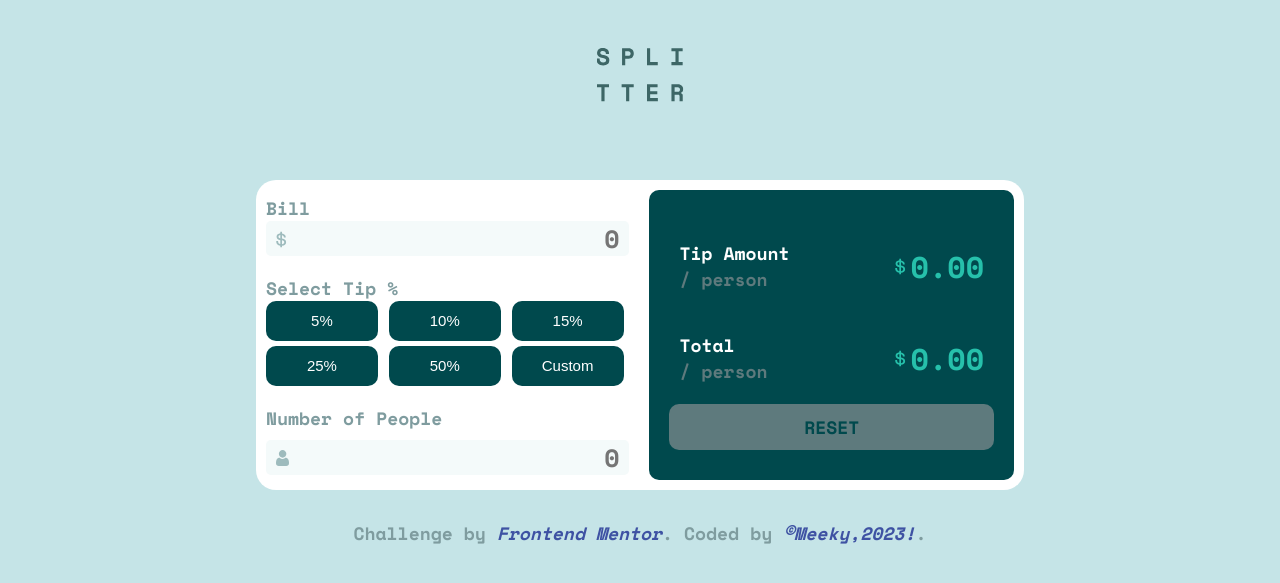
Repository: MeekyBerry/Frontend-Mentor-Challenges
Page: tip-calculator-app/index.html
An editor plug-in stored every save of this project. The page is shown before and after the next save, followed by the edit.
The browser window is 1280 px wide. The pictures show the whole page.
The first visible `.input-bar` has the focus.

Above is the page before, as saved 2023-04-05 19:09:08.

After the next save:
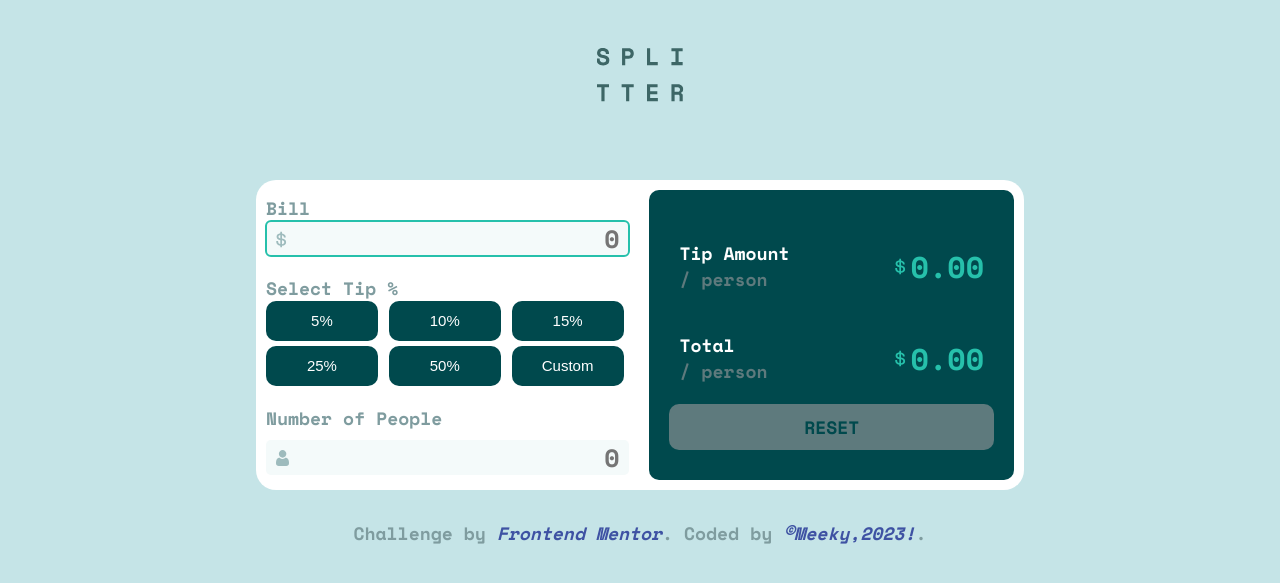
Saved 13 s later.
--- a/tip-calculator-app/css/style.css
+++ b/tip-calculator-app/css/style.css
@@ -95,7 +95,7 @@ label {
 }
 
 .input-bar:focus {
-  outline: var(--Strong-cyan);
+  outline-color: var(--Strong-cyan);
 }
 
 .bill-input__img {
